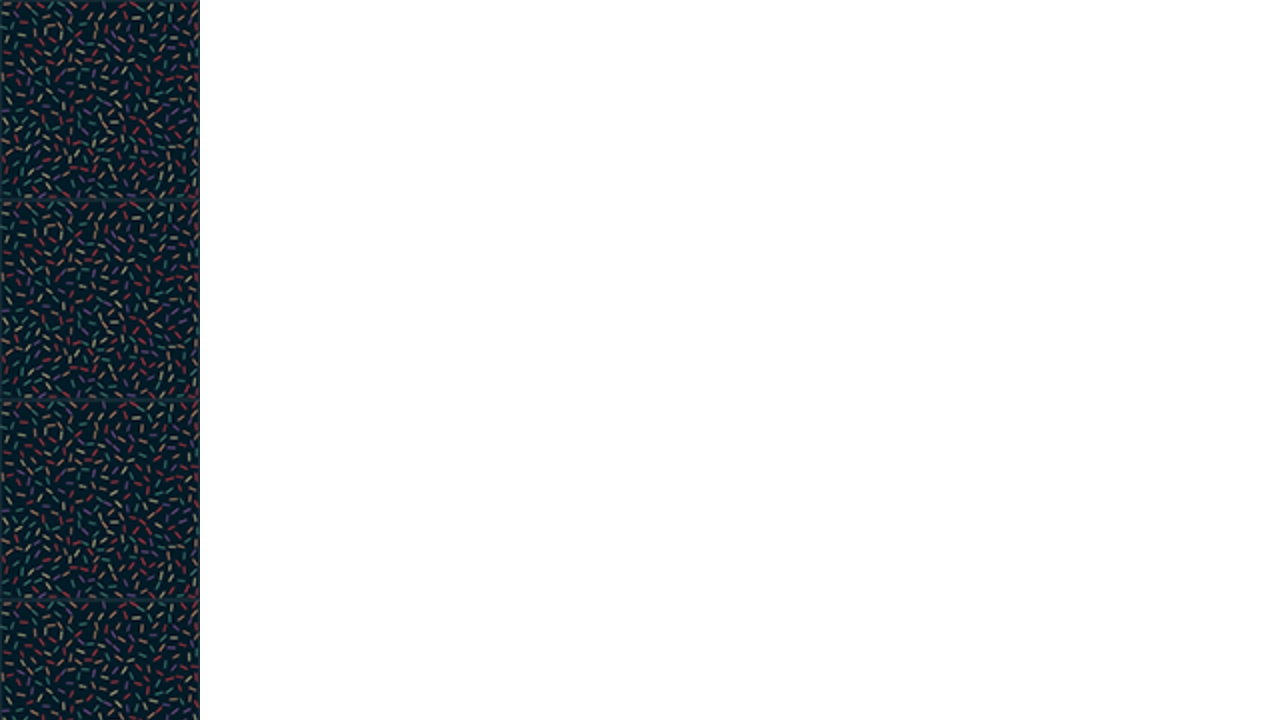
Repository: ErikMesquita/html
Page: exercícios/ex023/index.html
The author's editor kept a copy of each file at every save. The page is drawn from the files as they stood at one save, then again after a run of saves.
The browser window is 1280 px wide. The pictures show the whole page.

Above is the page before, as saved 2023-09-06 09:14:09.

After the next 2 saves:
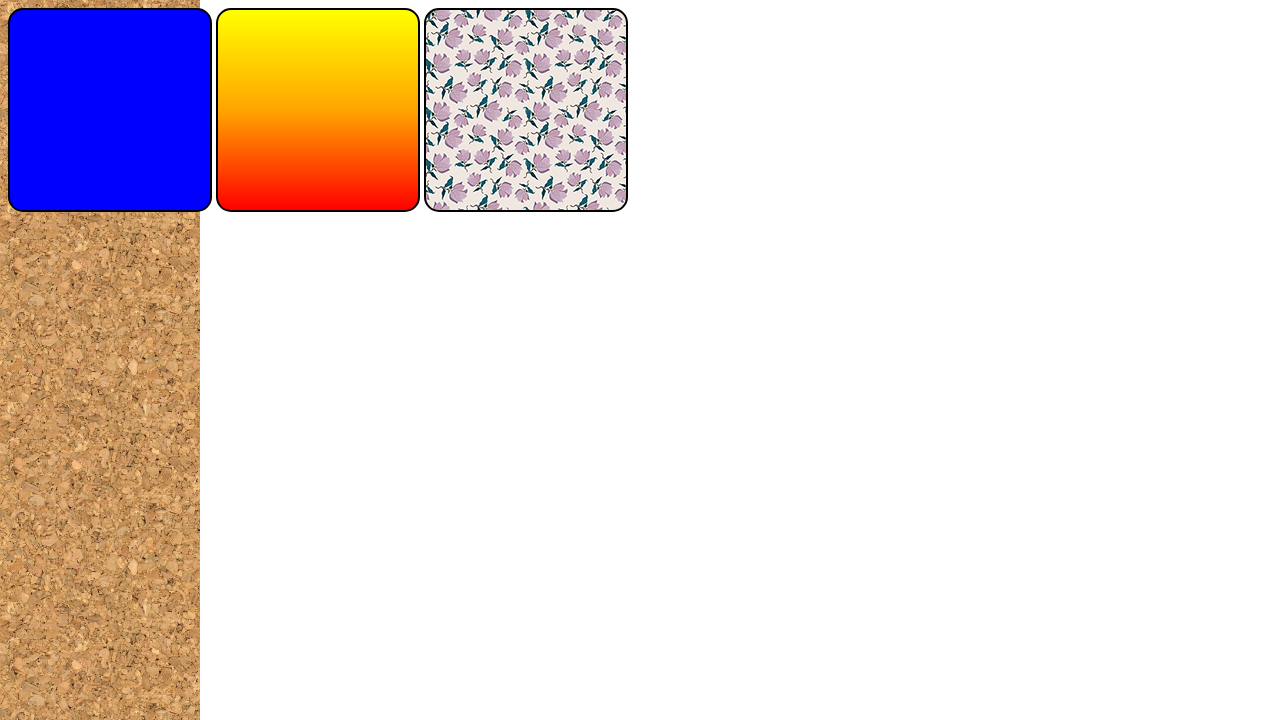
The 2 saves are shown as one change because they came seconds apart.
The last was saved 7 s later.
--- a/exercícios/ex023/index.html
+++ b/exercícios/ex023/index.html
@@ -9,6 +9,40 @@
     background-image: url("imagens/pattern001.png");
     background-repeat: repeat-y;
     background-size: 200px;
+
+}
+body {
+    background-image: url('imagens/wallpaper001.jpg');
+}
+
+div.quadrado {
+    display: inline-block;
+}
+
+#primeira {
+    width: 200px;
+    height: 200px;
+    background-color: blue;
+    border: 2px solid black;
+    border-radius: 15px;
+}
+
+
+
+#segunda {
+    width: 200px;
+    height: 200px;
+    background-image: linear-gradient(to bottom, yellow, orange, red);
+    border: 2px solid black;
+    border-radius: 15px;
+}
+
+#terceira {
+    width: 200px;
+    height: 200px;
+    background-image: url('imagens/pattern003.png');
+    border: 2px solid black;
+    border-radius: 15px;
 
 }
     </style>
